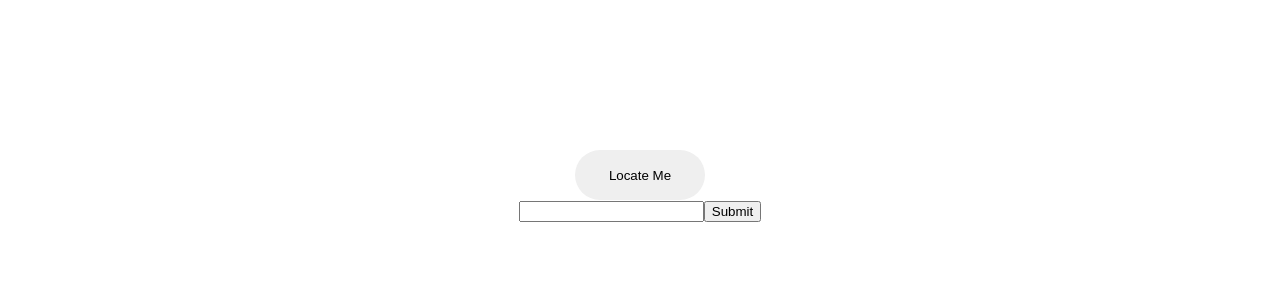
Repository: ahmedazawi/weather-app
Page: /
These files come from the project's save history. The page is drawn as it stood at one moment and after a run of saves; the edit follows.
The browser window is 1280 px wide. The pictures show the whole page.
The project was rebuilt for these pictures with package versions that can differ from the ones it lists, and the page was loaded fresh each time. Also part of the build but not shown: src/layout/Header.js, src/assets/css/details.css, src/assets/data/ContextApi.js, src/assets/css/SevenDaysCards.css, src/components/card.js, src/components/SevenDaysCards.js, src/assets/data/Api.js, src/components/Map.js and 2 more.

Above is the page before, as saved 2022-11-30 22:33:01.

After the next 2 saves:
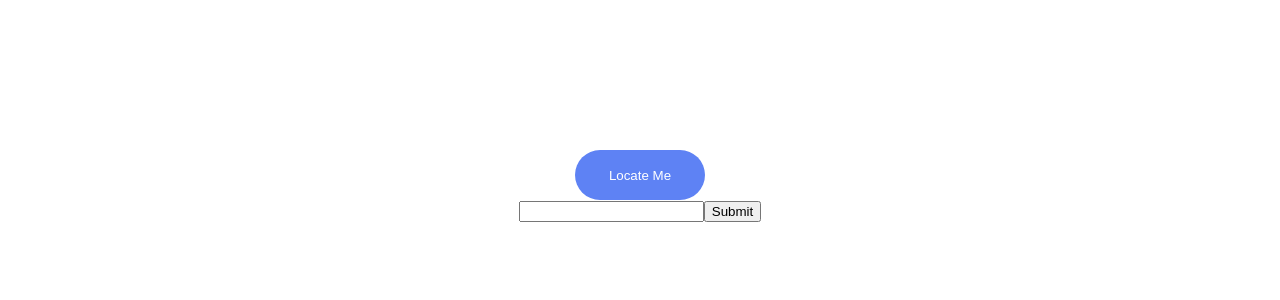
The 2 saves are shown as one change because 1 did not build or start.
The last was saved 46 s later.
--- a/src/App.css
+++ b/src/App.css
@@ -22,6 +22,8 @@ body {
 .App > .btn {
   border: none;
   border-radius: var(--borderRadius);
+  color: var(--secondaryColor);
+  background-color: var(--primaryColor);
   height: 50px;
   width: 130px;
 }
